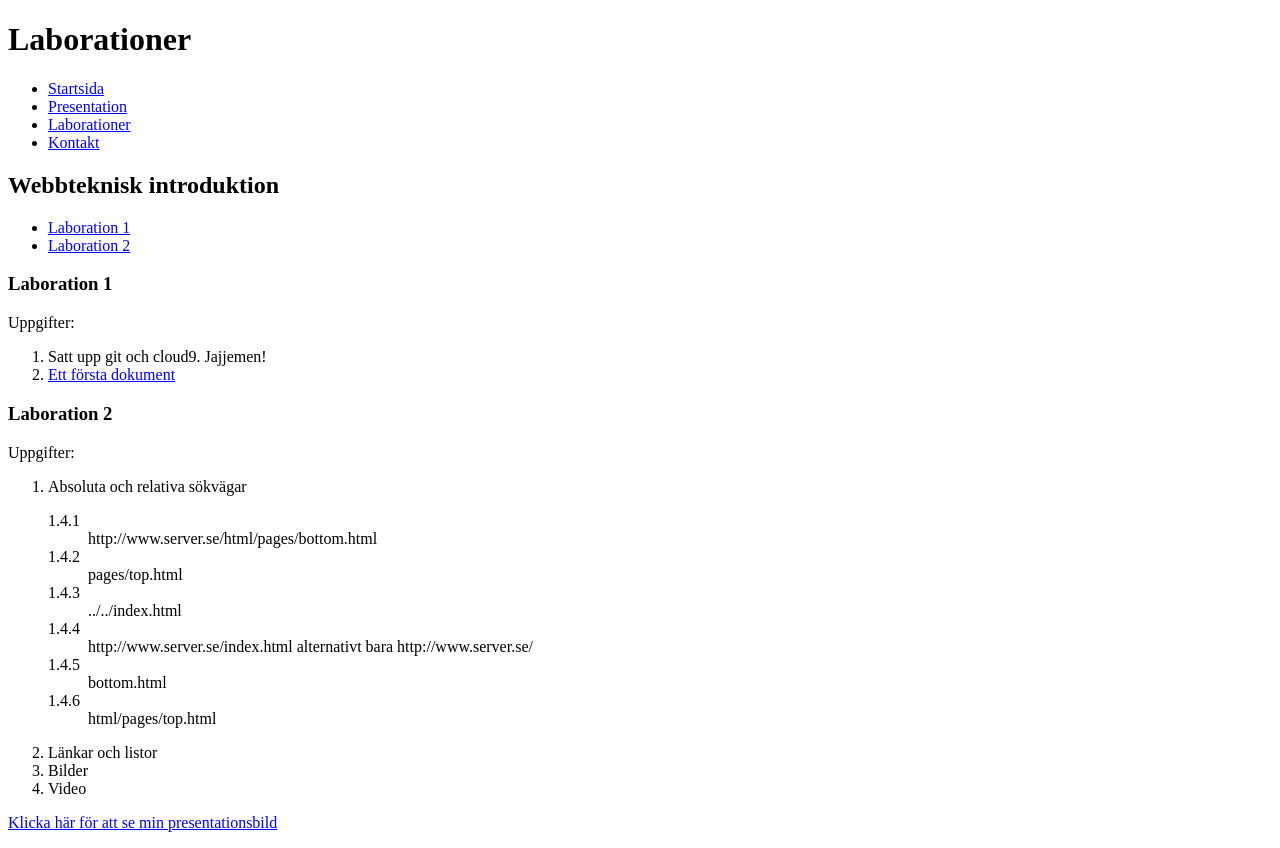
Repository: henriklideberg/labs
Page: pages/laborationer.html
The author's editor kept a record of every edit. The page is drawn from the files as they stood at one moment, then again after the next edit.
The browser window is 1280 px wide. The pictures show the whole page.

Above is the page before.

After the next edit:
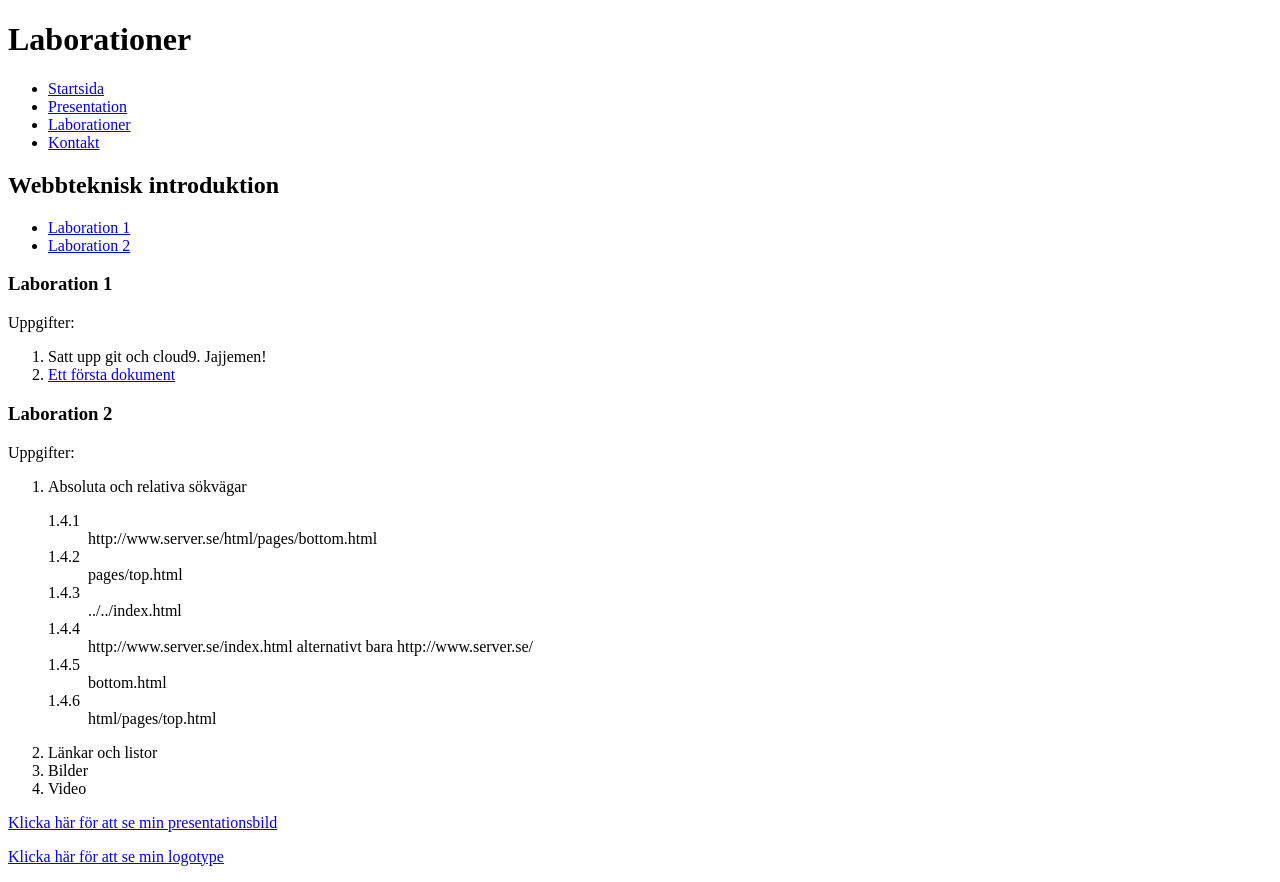
The edit:
--- a/pages/laborationer.html
+++ b/pages/laborationer.html
@@ -50,5 +50,7 @@
             <li>Video</li>
         </ol>
         <p><a href="presentation.html#presentationsbild">Klicka här för att se min presentationsbild</a></p>
+        <p><a href="../img/logo.png">Klicka här för att se min logotype</a></p>
+
     </body>
 </html>
